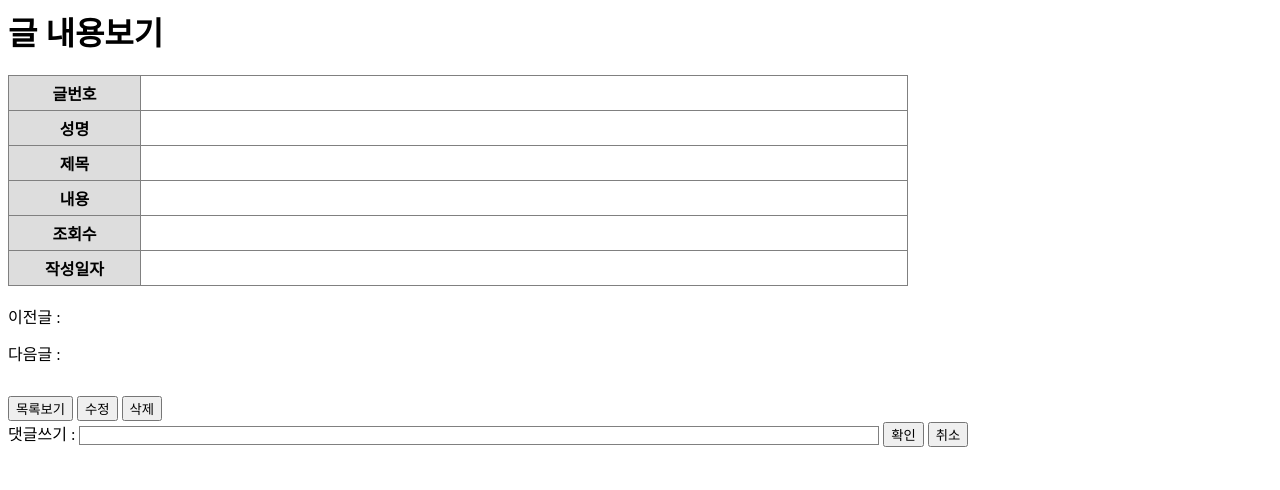
Repository: gold37/Spring
Page: http://localhost/Board/WEB-INF/views/tiles1/board/view.jsp
These files come from the project's save history. The page is drawn as it stood at one moment and after the next save; the edit follows.
The browser window is 1280 px wide. The pictures show the whole page.
The page is served by Tomcat 9. Nobody is signed in. The template is opened directly, without the code that normally fills it, so the values that code supplies are empty.

Above is the page before, as saved 2020-07-17 05:31:53.
Console error: ReferenceError: $ is not defined

After the next save:
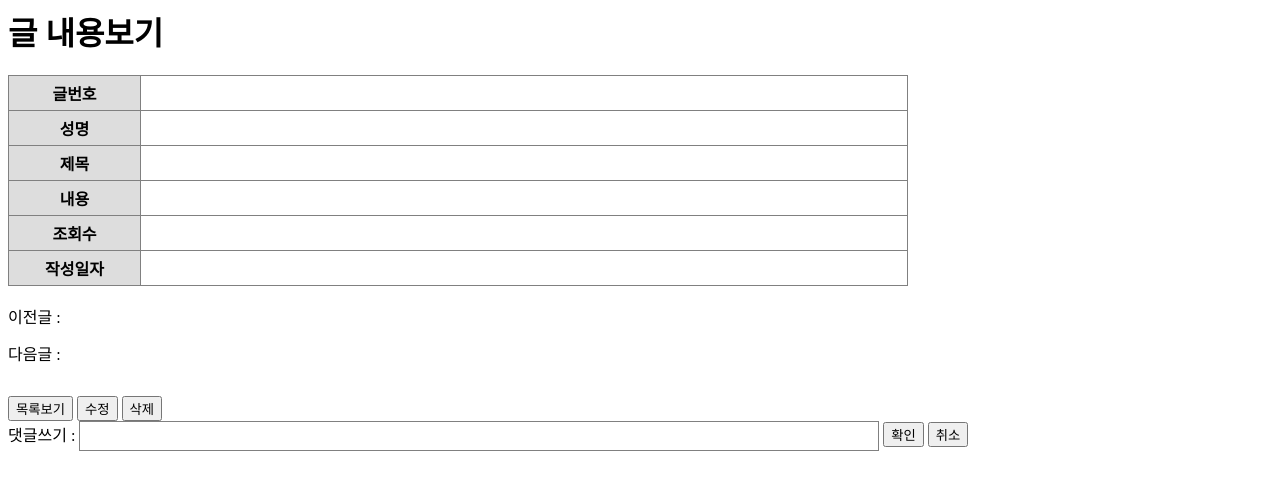
Saved 9 s later.
--- a/springworkspace/Board/src/main/webapp/WEB-INF/views/tiles1/board/view.jsp
+++ b/springworkspace/Board/src/main/webapp/WEB-INF/views/tiles1/board/view.jsp
@@ -96,7 +96,7 @@ a {text-decoration: none !important;}
 
 
 	<div>
-	댓글쓰기 : <input type="text" style="width:800px; " >
+	댓글쓰기 : <input type="text" style="width:800px; height: 30px; " >
 	<button>확인</button>
 	<button>취소</button>
 	</div>
